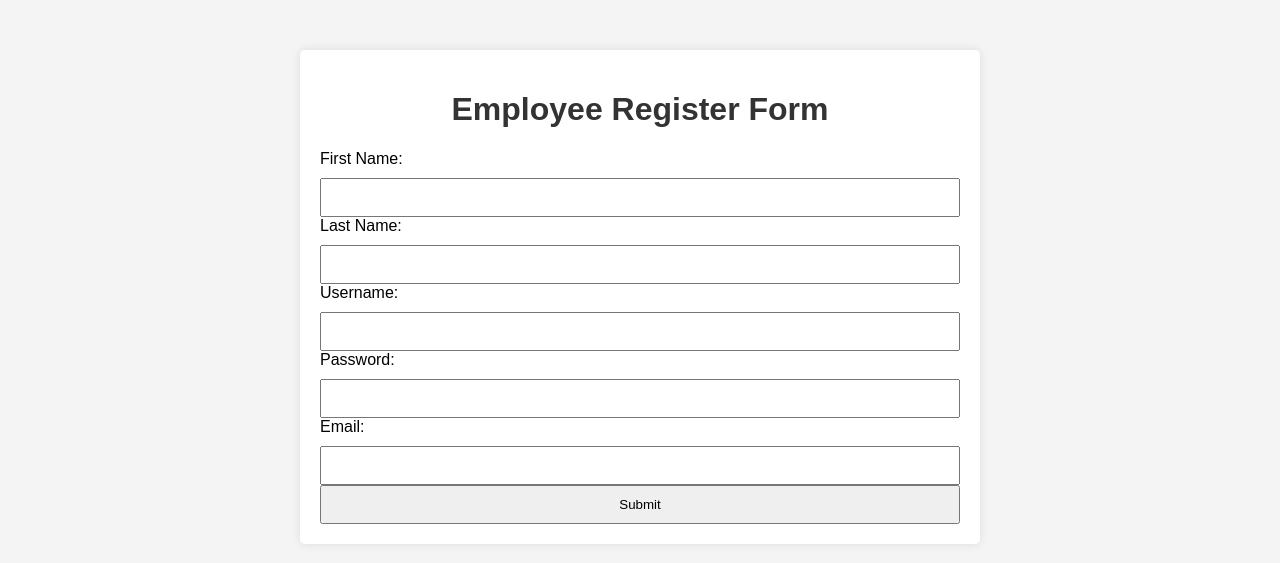
Repository: tattvams/pre-onboarding
Page: http://localhost/basic-webapp-login/
The author's editor kept a copy of each file at every save. The page is drawn from the files as they stood at one save, then again after the next save.
The browser window is 1280 px wide. The pictures show the whole page.
The page is served by Tomcat 9.

Above is the page before, as saved 2023-12-29 12:21:40.

After the next save:
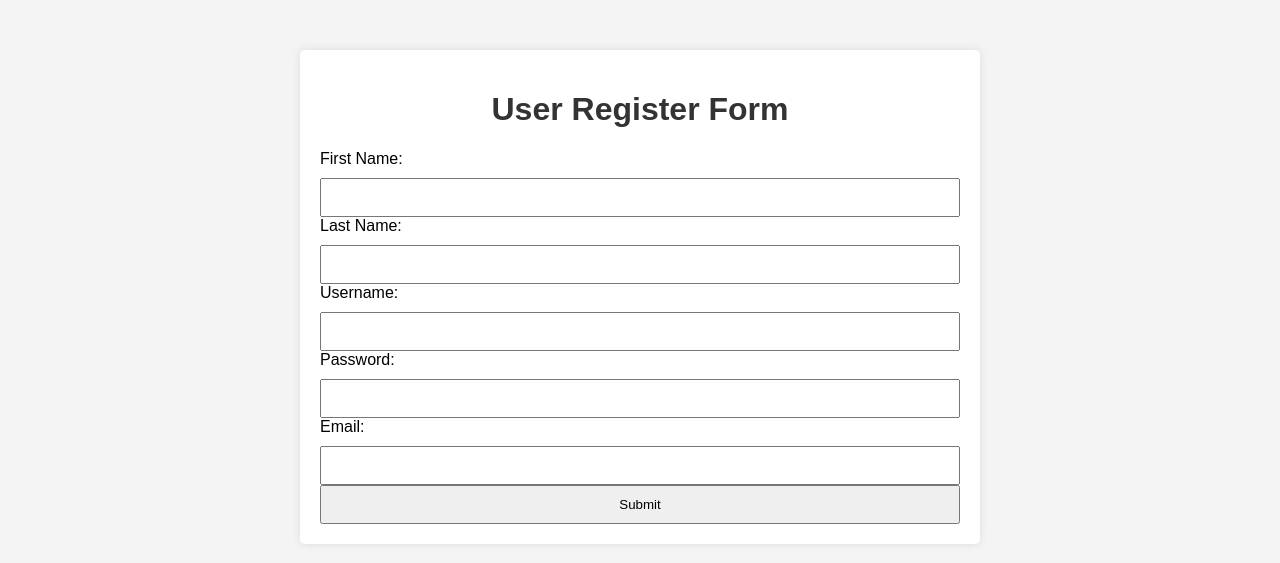
Console error: SyntaxError: Unexpected token ')'
Saved 11 min 54 s later.
--- a/basic-webapp-login/src/main/webapp/index.jsp
+++ b/basic-webapp-login/src/main/webapp/index.jsp
@@ -10,10 +10,10 @@
 
 </head>
 <body>
-
+<input type="hidden" id="status" value="<%= request.getAttribute("status") %>">
     <div class="container">
 
-        <h1>Employee Register Form</h1>
+        <h1>User Register Form</h1>
 
         <form action="regi" method="post">
 
@@ -39,6 +39,17 @@
         </form>
 
     </div>
+    <script>
+
+        var status = document.getElementById("status").value;
+
+        if (status === "success") {
+            alert("Registration successful!");
+        } else if (status === "failed") {
+            alert("Registration failed!");
+        }
+    );
+</script>
 
 </body>
 </html>
